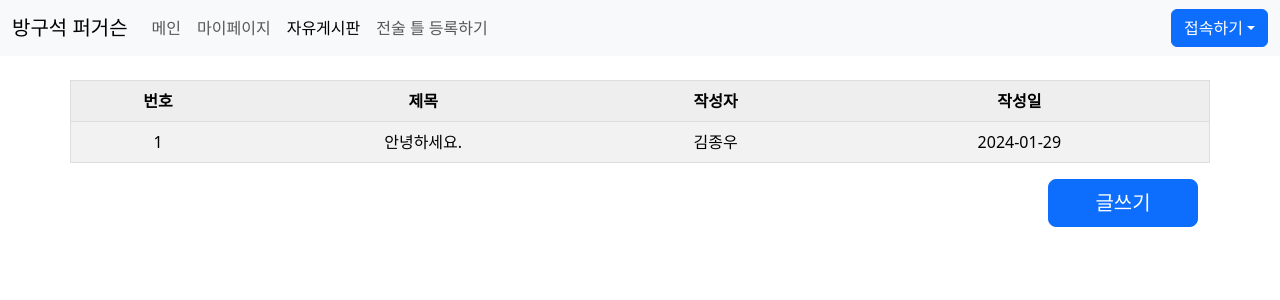
Repository: jiiiiiw/Spring-BBS
Page: http://localhost/BBS/bbs.jsp
An editor plug-in stored every save of this project. The page is shown before and after the next save, followed by the edit.
The browser window is 1280 px wide. The pictures show the whole page.
The page is served by Tomcat 9.

Above is the page before, as saved 2024-01-30 05:03:55.

After the next save:
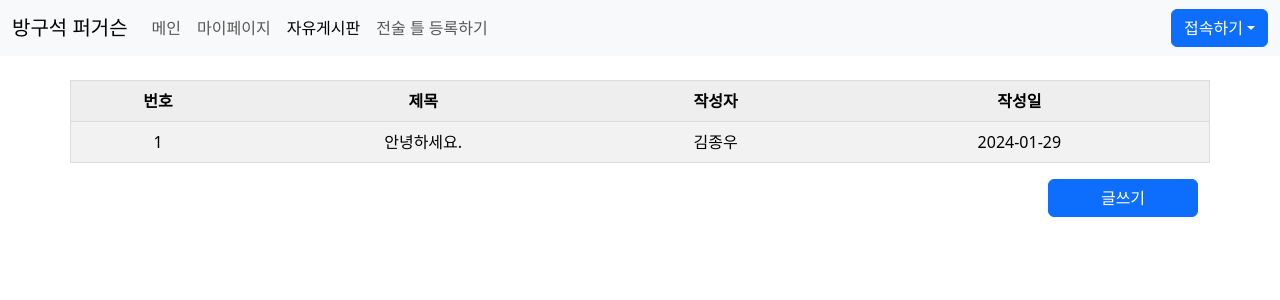
Saved 17 s later.
--- a/BBS/src/main/webapp/bbs.jsp
+++ b/BBS/src/main/webapp/bbs.jsp
@@ -98,7 +98,7 @@
 				</tbody>
 			</table>
 			<div class="d-flex justify-content-end">
-				<a href="write.jsp" class="btn btn-lg btn-primary"
+				<a href="write.jsp" class="btn btn-primary"
 					style="width: 150px;">글쓰기</a>
 			</div>
 		</div>
